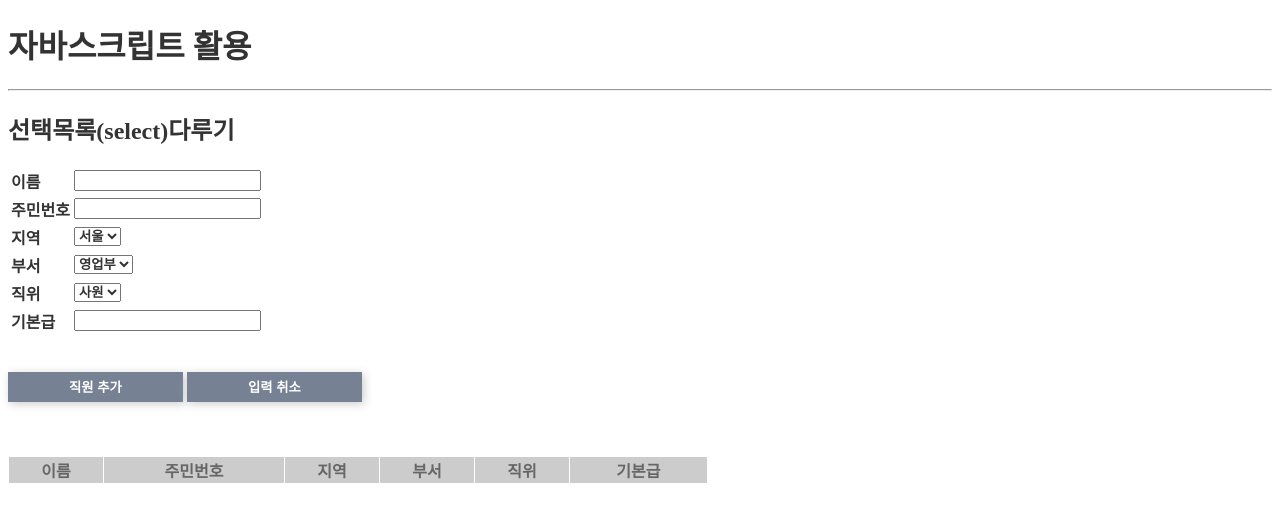
Repository: god5228god/Jsp
Page: WebApp03/WebContent/Test028.html
The author's editor kept a copy of each file at every save. The page is drawn from the files as they stood at one save, then again after the next save.
The browser window is 1280 px wide. The pictures show the whole page.

Above is the page before, as saved 2026-02-25 03:08:51.

After the next save:
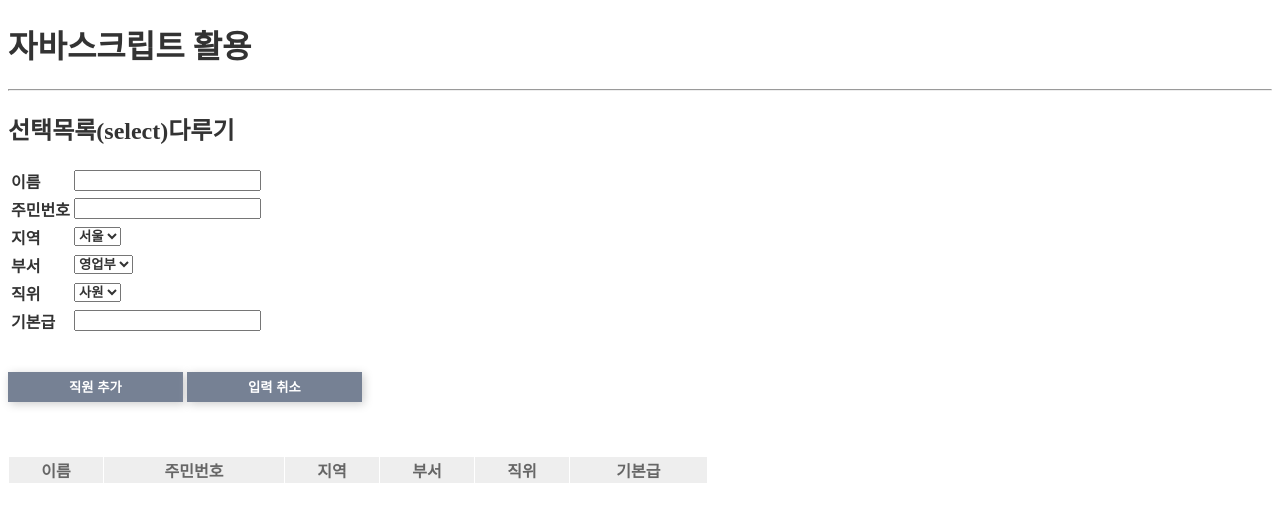
Saved 10 s later.
--- a/WebApp03/WebContent/Test028.html
+++ b/WebApp03/WebContent/Test028.html
@@ -16,7 +16,7 @@
 	.txt{text-align: center;}
 	#memberList{width: 700px; border-collapse: collapse; border-color: #fff;}
 	.thead > td{background-color: #768194; color: #fff;}
-	#memberList td{text-align: center; background-color: #ccc; color: #666;}
+	#memberList td{text-align: center; background-color: #eee; color: #666;}
 
 
 
